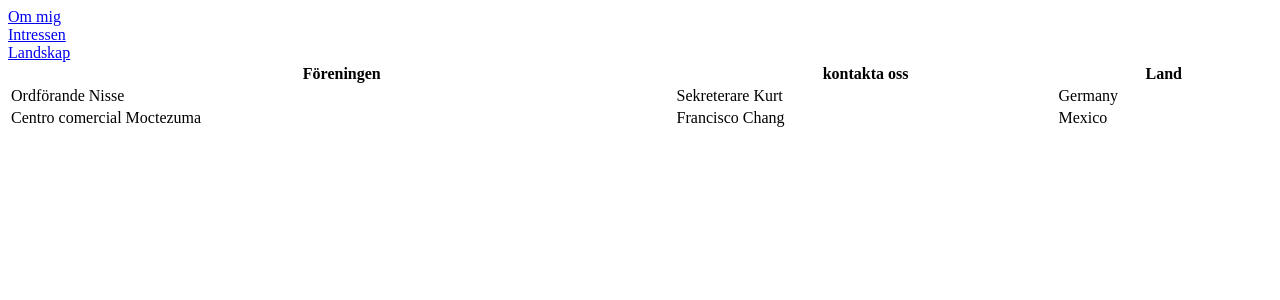
Repository: Webutveckling-20-21/Uppgift-1
Page: om foreningen.html
An editor plug-in stored every save of this project. The page is shown before and after a run of saves, followed by the edit.
The browser window is 1280 px wide. The pictures show the whole page.

Above is the page before, as saved 2021-09-06 16:10:10.

### om foreningen.html
<!-- Här alla måsten i huvudet såsom språk och språkkodning mm -->
<!DOCTYPE html>
<html lang="sv">

<head>
    <meta charset="UTF-8">
    <meta name="viewport" content="width=device-width, initial-scale=1.0">
    <title>Intressen</title>
</head>

<body>
    <header>
        <!-- Här läggs alla länkar-->
        <a href="blogg.html">Om mig</a><br>
        <a href="verksamheten.html">Intressen</a> <br>
        <a href="medlemskap.html">Landskap</a> <br>

    </header>
    <main>
        <table style="width:100%">
  <tr>
    <th>Föreningen</th>
    <th>kontakta oss</th>
    <th>Land</th>
  </tr>
  <tr>
    <td>Ordförande Nisse</td>
    <td>Sekreterare Kurt</td>
    <td>Germany</td>
  </tr>
  <tr>
    <td>Centro comercial Moctezuma</td>
    <td>Francisco Chang</td>
    <td>Mexico</td>
  </tr>
</table>

    </main>


</body>

</html>

After the next 3 saves:
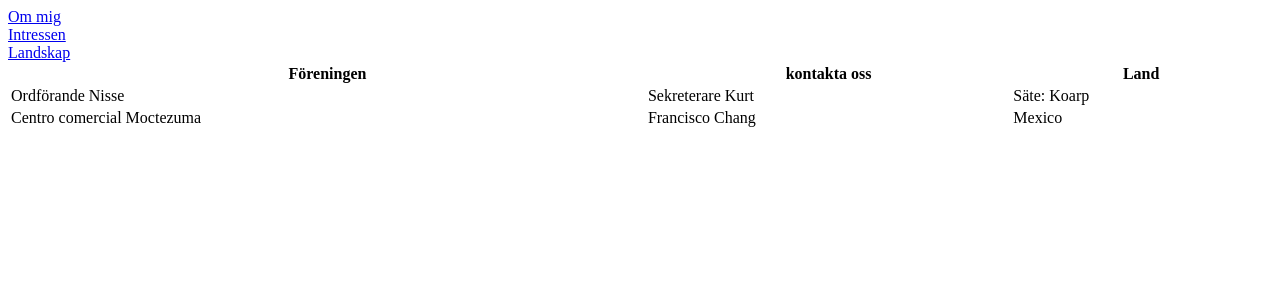
The 3 saves are shown as one change because they came seconds apart.
The last was saved 10 s later.
--- a/om foreningen.html
+++ b/om foreningen.html
@@ -26,7 +26,7 @@
   <tr>
     <td>Ordförande Nisse</td>
     <td>Sekreterare Kurt</td>
-    <td>Germany</td>
+    <td>Säte: Koarp</td>
   </tr>
   <tr>
     <td>Centro comercial Moctezuma</td>
